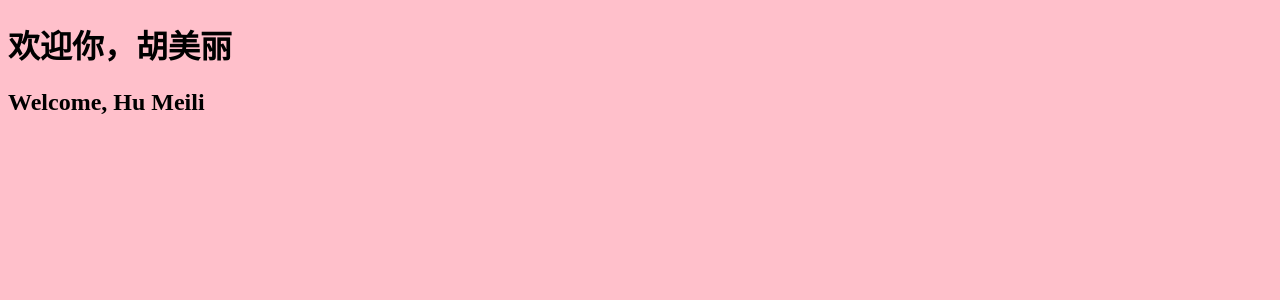
Repository: NanmeiYC/NanmeiYC.github.io
Page: zhuye.html
An editor plug-in stored every save of this project. The page is shown before and after a run of saves, followed by the edit.
The browser window is 1280 px wide. The pictures show the whole page.

Above is the page before, as saved 2021-05-28 23:47:11.

### zhuye.html
<!DOCTYPE html>
<html>
    <head>
        <meta charset="UTF-8">
        <title>欢迎我们美丽大方温柔善良的胡美丽</title>
    </head>
    <body bgcolor="pink">
            <h1 >欢迎你，胡美丽  </h1>
            <h2>Welcome, Hu Meili</h2>
        <table cellpadding="10" width="1000" style="background-color: hotpink;">
            <body>
                <tr align="center" >
                <th colspan="7" bgcolor="yellow> 仙女介绍</th>
                </tr>
            </body>
        </table>
    </body>
</html>

After the next 7 saves:
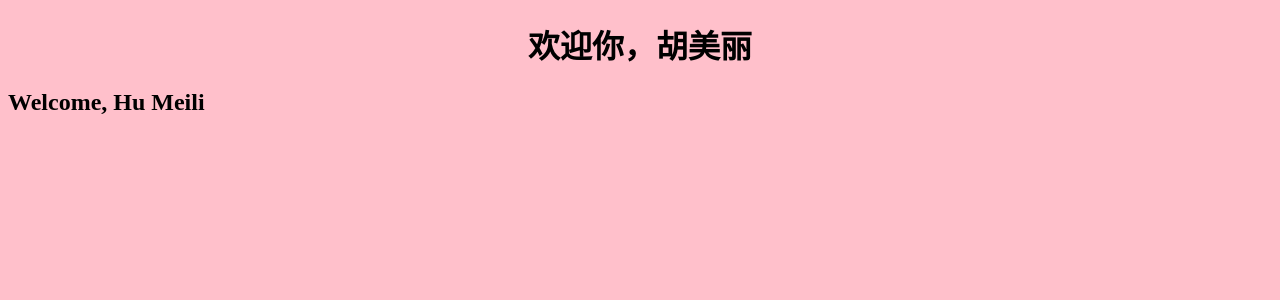
The 7 saves are shown as one change because they came seconds apart.
The last was saved 17 s later.
--- a/zhuye.html
+++ b/zhuye.html
@@ -5,7 +5,7 @@
         <title>欢迎我们美丽大方温柔善良的胡美丽</title>
     </head>
     <body bgcolor="pink">
-            <h1 >欢迎你，胡美丽  </h1>
+            <h1 align="center">欢迎你，胡美丽  </h1>
             <h2>Welcome, Hu Meili</h2>
         <table cellpadding="10" width="1000" style="background-color: hotpink;">
             <body>
